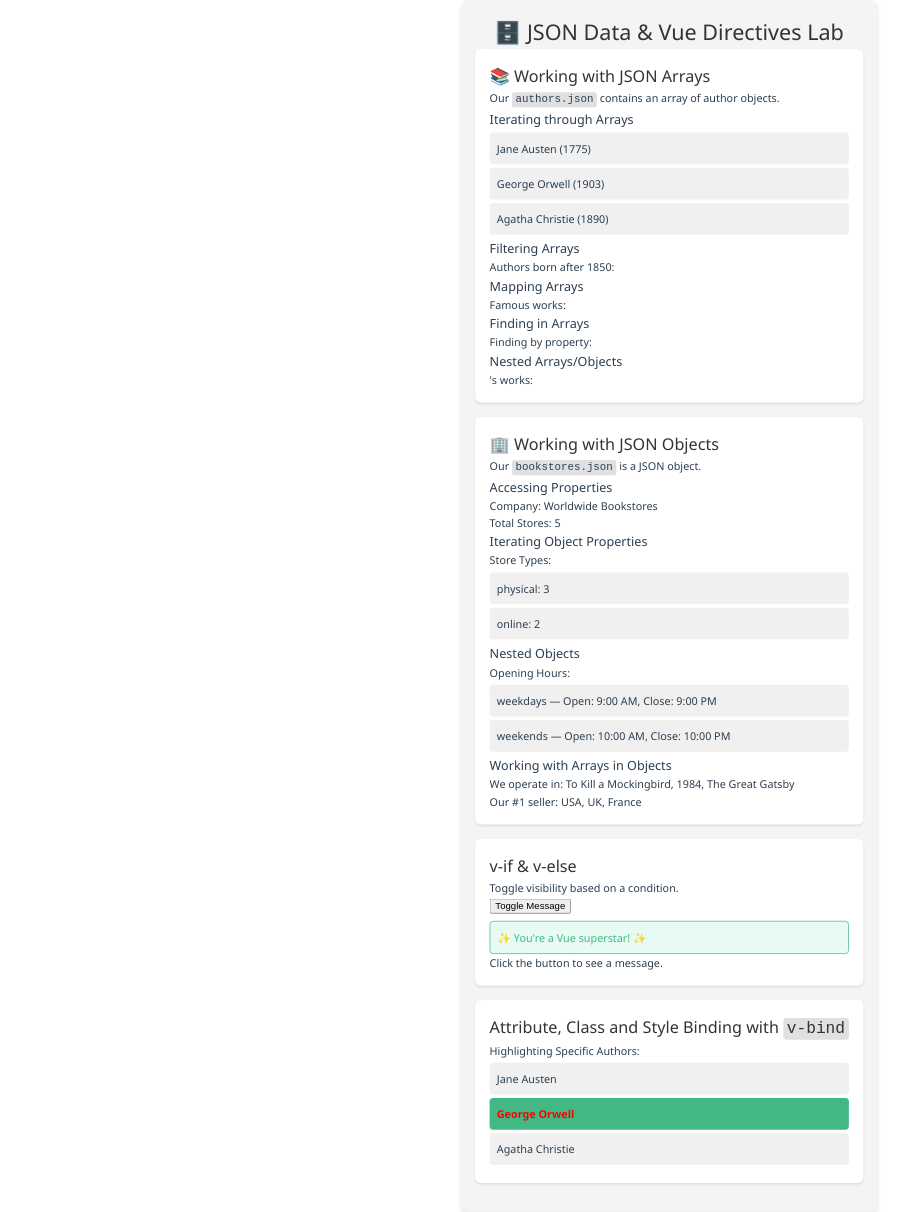
Repository: Andrew-JX/mji-library
Page: /
An editor plug-in stored every save of this project. The page is shown before and after the next save, followed by the edit.
The browser window is 1280 px wide. The pictures show the whole page, at 72% of full size.
The project was rebuilt for these pictures with package versions that can differ from the ones it lists, and the page was loaded fresh each time. Also part of the build but not shown: vite.config.js.

Above is the page before, as saved 2025-08-06 16:54:34.

After the next save:
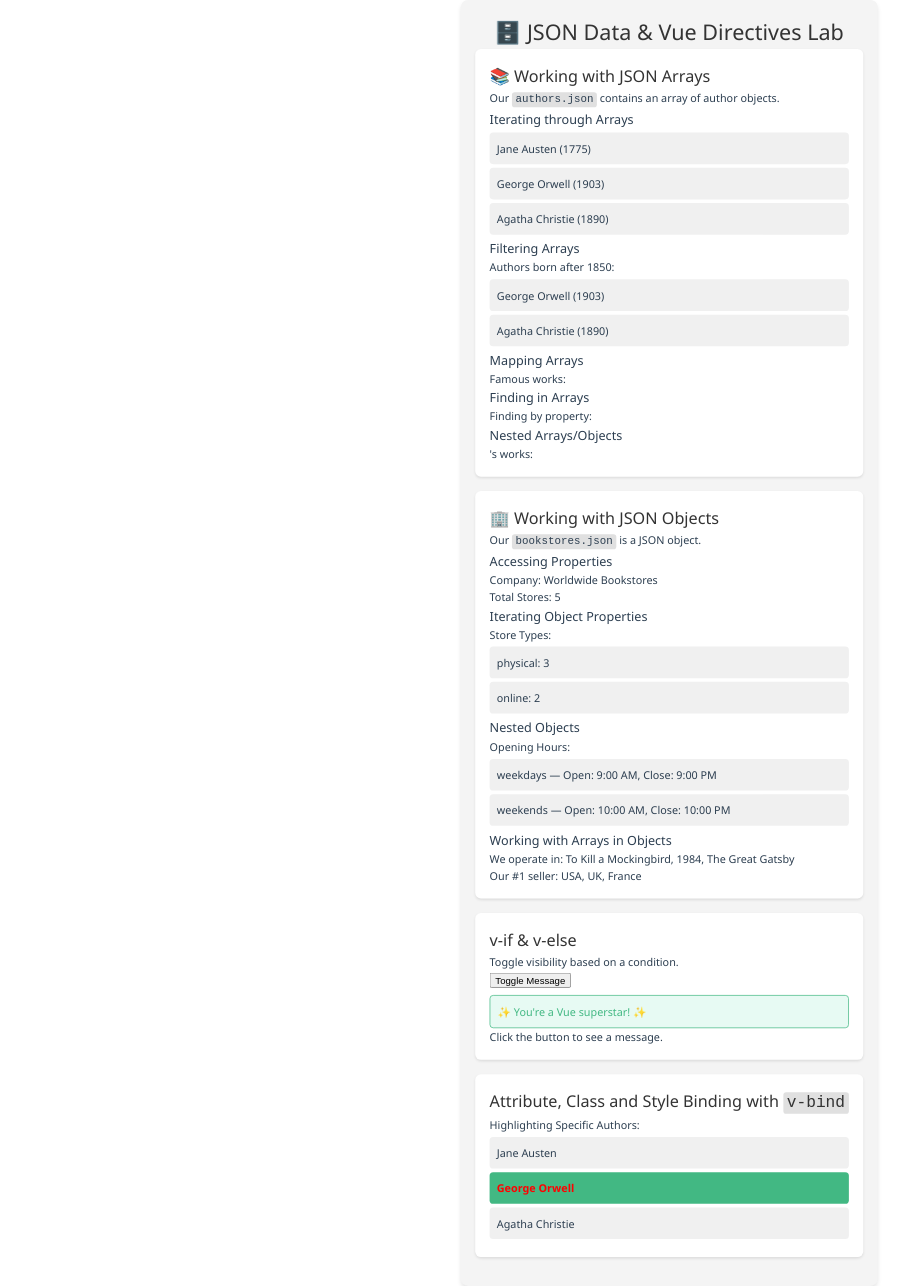
Saved 30 s later.
--- a/src/components/JSON.vue
+++ b/src/components/JSON.vue
@@ -125,10 +125,9 @@ const bookstores = ref(bookstoresData)
 const showMessage = ref(false)
 
 // Activity 2: Get authors born after 1850
-const modernAuthors = computed(() => {
-  // TODO: CODE TO FILTER ARRAY OF AUTHORS HERE
+const modernAuthors = computed(() =>
   authors.value.filter(author => author.birthYear > 1850)
-})
+)
 
 // Activity 3: Get all famous works
 const allFamousWorks = computed(() => {
